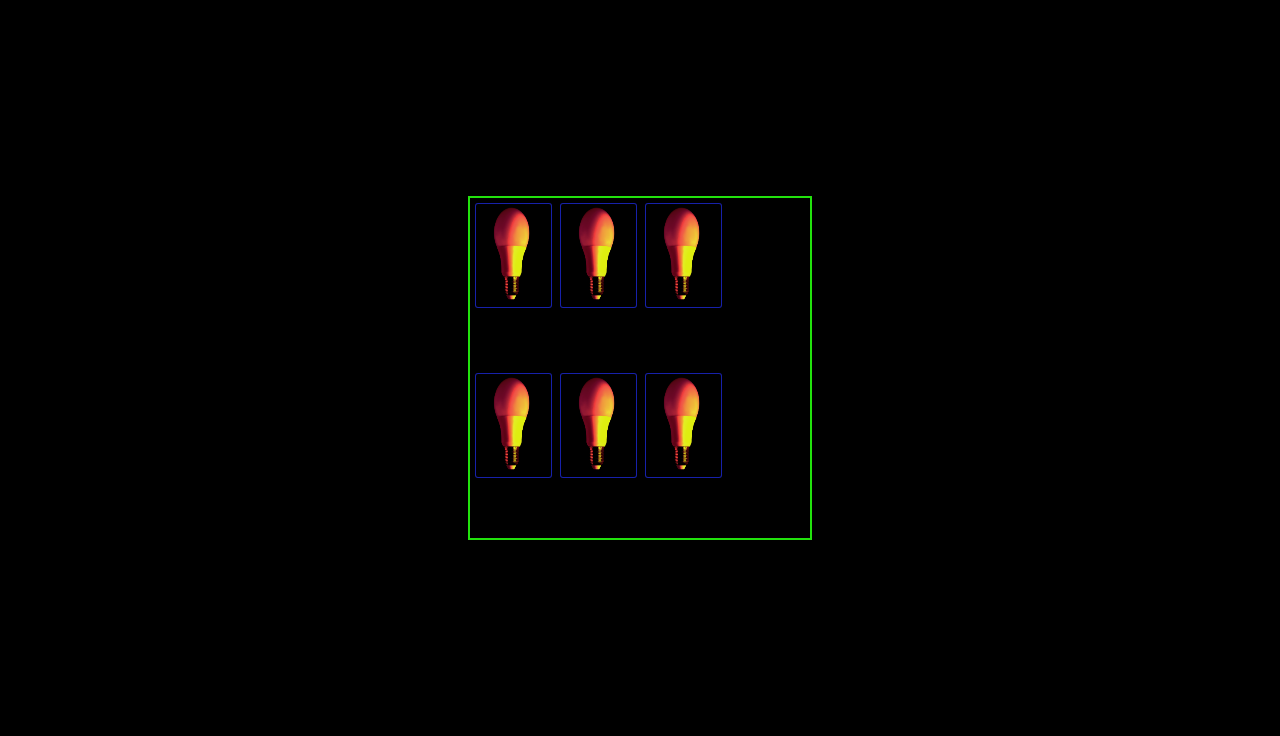
Repository: suzanaferreira/memory-game-project
Page: index.html
The author's editor kept a record of every edit. The page is drawn from the files as they stood at one moment, then again after the next edit.
The browser window is 1280 px wide. The pictures show the whole page.

Above is the page before.
Console error: SyntaxError: Unexpected end of input

### index.html
<!DOCTYPE html>
<html lang="en">
<head>
    <meta charset="UTF-8">
    <meta name="viewport" content="width=device-width, initial-scale=1.0">
    <meta http-equiv="X-UA-Compatible" content="ie=edge">
    <title>Memory Game</title>
    <link rel="stylesheet" href="style.css" />
</head>
<body>
    <section class="game">
        <div class="cards">
            <img class="revelead-pic" src="img/pic1.jpg" alt="burger"/>
            <img class="cover-side" src="img/lamp.jpg" alt="lamp"/>
        </div>
         <div class="cards">
            <img class="revelead-pic" src="img/pic2.jpg" alt="rainbow"/>
            <img class="cover-side" src="img/lamp.jpg" alt="lamp"/>
        </div>
         <div class="cards">
            <img class="revelead-pic" src="img/pic3.jpg" alt="arrow"/>
            <img class="cover-side" src="img/lamp.jpg" alt="lamp"/>
        </div>#
         <div class="cards">
            <img class="revelead-pic" src="img/pic4.jpg" alt="thunder"/>
            <img class="cover-side" src="img/lamp.jpg" alt="lamp"/>
        </div>
         <div class="cards">
            <img class="revelead-pic" src="img/pic5.jpg" alt="circle"/>
            <img class="cover-side" src="img/lamp.jpg" alt="lamp"/>
        </div>
         <div class="cards">
            <img class="revelead-pic" src="img/pic6.jpg" alt="hello"/>
            <img class="cover-side" src="img/lamp.jpg" alt="lamp"/>
        </div>

    </section>

    <script src="main.js"></script>

</body>
</html>

### style.css
. {
    padding: 0;
    margin: 0;
    box-sizing: border-box;
}

body {
    height: 100vh;
    display: flex;
    background-color: #000000;
}


.game {
    height: 340px;
    width: 340px;
    display: flex;
    margin: auto;
    flex-wrap: wrap;
    border: 2px solid #22E20D;
    perspective: 1000px;
}

.cards {
    width: calc(25% - 10px);
    height: calc(33.333% - 10px);
    margin: 5px;
    position: relative;
    transform: scale(1);
    transform-style: preserve-3d;
    transition: transform .5s;

}
.cards.flip {
    transform: rotateY(180deg);
}
.cards:active {
    transform: scale(.97);
    transition: transform .3s;
}

.revelead-pic,
.cover-side {
    background: #1721AA;
    width: 100%;
    height: 100%;
    padding: 1px;
    border-radius: 3px;
    position: absolute;
    backface-visibility: hidden;
}

.revelead-pic {
    transform: rotateY(180deg);
}

### main.js
const cards = document.querySelectorAll('.cards');
let hasRotatedCard = false;
let firstCard, secondCard;

function rotateCard() {
    this.classList.add('flip');
    //clicked for the first time
    if (!hasRotatedCard) {
        hasRotatedCard = true;
        firstCard = this;
    }
    //clicked for the second time
    else {
        hasRotatedCard = false;
        secondCard = this;

        //check if the cards match
        if (firstCard.dataset.name === secondCard.dataset.name) {
            //when the cards match
            firstCard.removeEventListener('click', rotateCard);
            secondCard.removeEventListener('click', rotateCard);

        //whe the cards dont match
       } else {
        firstCard.classList.remove('flip');
        secondCard.classList.remove('flip');
    }
}
cards.forEach(card => card.addEventListener('click', rotateCard));

After the next edit:
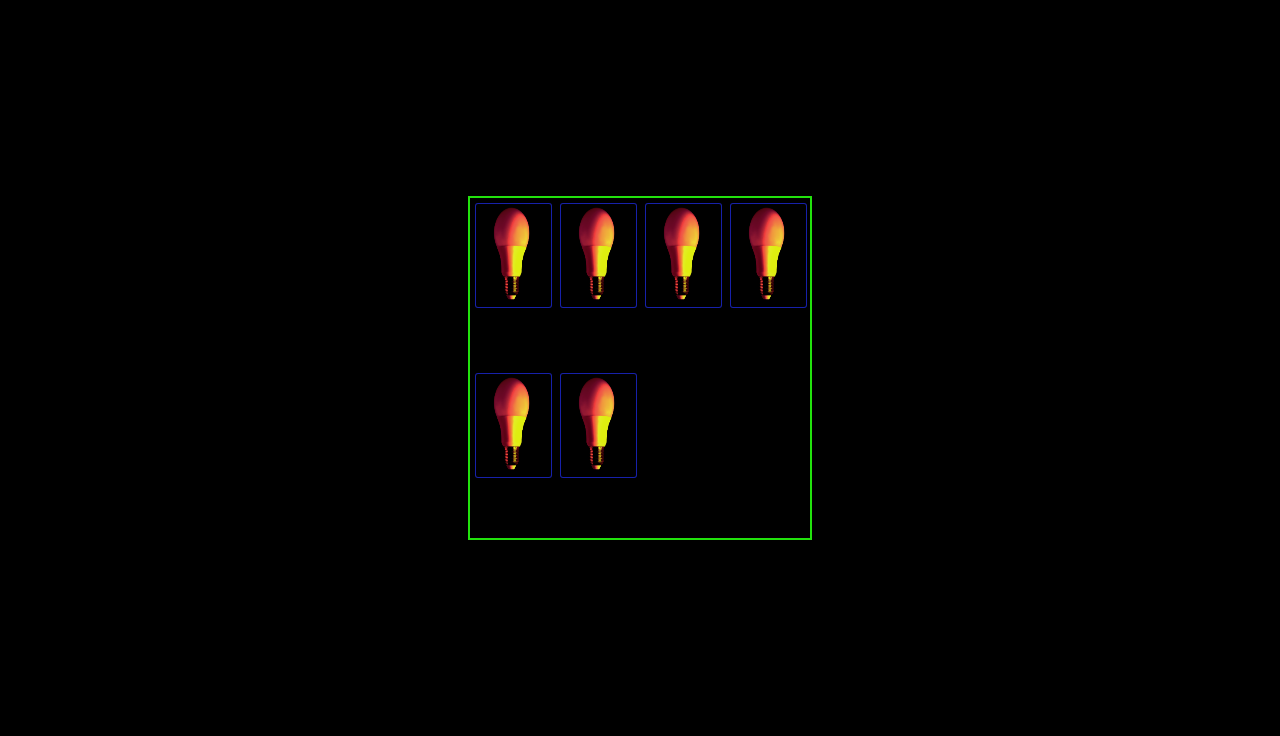
The edit:
--- a/index.html
+++ b/index.html
@@ -20,7 +20,7 @@
          <div class="cards">
             <img class="revelead-pic" src="img/pic3.jpg" alt="arrow"/>
             <img class="cover-side" src="img/lamp.jpg" alt="lamp"/>
-        </div>#
+        </div>
          <div class="cards">
             <img class="revelead-pic" src="img/pic4.jpg" alt="thunder"/>
             <img class="cover-side" src="img/lamp.jpg" alt="lamp"/>
